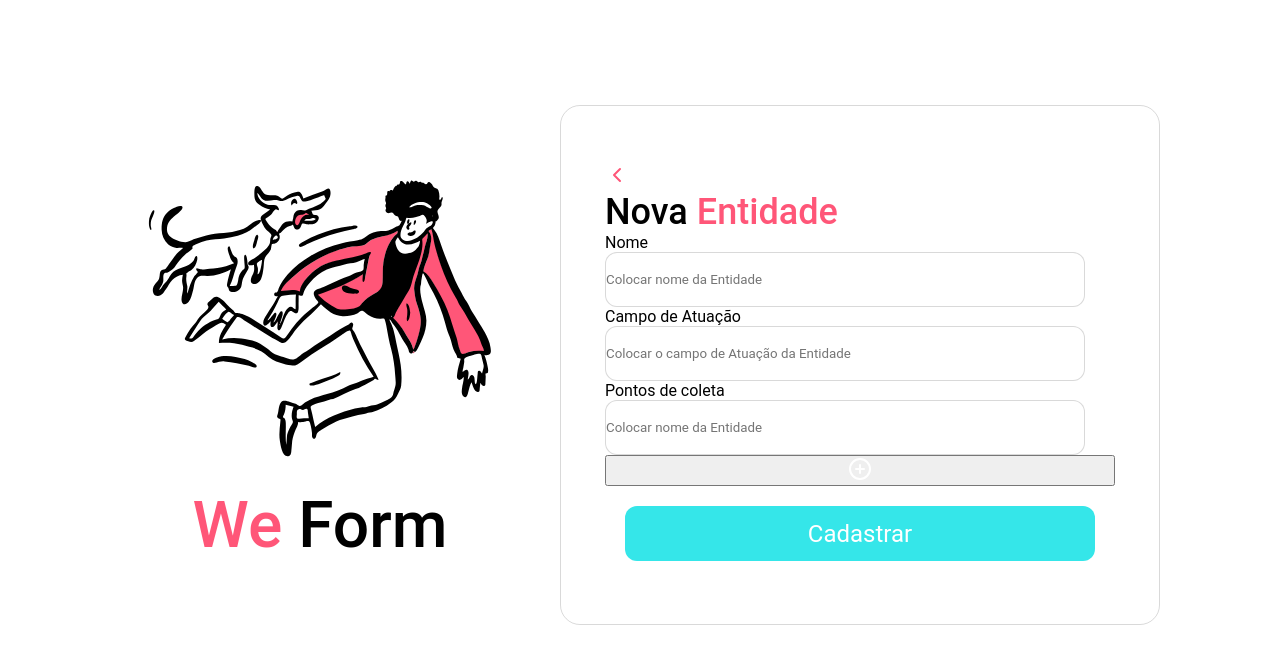
Repository: guilhermecardoso93/we-form
Page: nova-entidade.html
These files come from the project's save history. The page is drawn as it stood at one moment and after the next save; the edit follows.
The browser window is 1280 px wide. The pictures show the whole page.
Some web libraries are served in a nearby version.

Above is the page before, as saved 2024-06-09 18:06:58.

### nova-entidade.html
<!DOCTYPE html>
<html lang="pt-BR">

<head>
    <meta charset="UTF-8">
    <meta name="viewport" content="width=device-width, initial-scale=1.0">
    <link rel="stylesheet" href="https://cdnjs.cloudflare.com/ajax/libs/font-awesome/5.13.1/css/all.min.css">
    <link rel="stylesheet" href="./styles.css">
    <title>We Form</title>
</head>

<body>
    <div class="content">

        <aside>
            <img src="./assets/hero.svg" alt="Ilustração mulher com cachorro" />
            <h1>
                <span>We</span> Form
            </h1>
        </aside>

        <main>
            <a href="/">
                <img src="./assets/arrow-back.svg" alt="seta" />
            </a href="/">
            <h2>Nova <span>Entidade</span></h2>
            <form>
                <label form="nome">Nome</label>
                <input type="text" placeholder="Colocar nome da Entidade" id="nome">

                <label form="field">Campo de Atuação</label>
                <input type="text" placeholder="Colocar o campo de Atuação da Entidade" id="field">

                <label form="points">Pontos de coleta</label>
                <input type="text" placeholder="Colocar nome da Entidade" id="points">
                <button>
                    <img src="./assets/plus.svg" alt="" />
                </button>
            </form>
            <div class="buttons">
                <button>
                <a href="http://">Cadastrar </a>
            </div>

        </main>
    </div>
</body>

</html>

### styles.css
* {
  padding: 0;
  margin: 0;
  box-sizing: border-box;
  font-family: Roboto, sans-serif;
}

:root {
  font-size: 62.5%;
}

body {
  font-size: 1.6rem;
  text-decoration: none;
}

.content {
 display: flex;
 flex-wrap: wrap-reverse;
 align-items: center;
 justify-content:center;
 gap: 4rem;
 margin: 10.5rem 0 4rem 0;
}


aside {
  display: flex;
  flex-direction: column;
  align-items: center;
  justify-content: center;
  gap: 2rem;
}

aside h1 {
  font-size: 6.4rem;
  font-weight: 500;
  line-height: 75px;
}

aside h1>span, main h2>span {
  color: #FF5678;
}

aside img {
  width: 40rem;
}


main {
  width: 60rem;
  height: 52rem;
  border: 1px solid rgba(0, 0, 0, 0.15);
  border-radius: 20px;
  padding: 5.7rem 4.4rem;
}

main h2 {
  max-width: 43rem;
  font-size: 3.6rem;
  font-weight: 500;
}

.buttons {
  display: flex;
  flex-direction: column;
  justify-content: center;
  gap: 3.5rem;
  margin: 2rem;
}


.buttons button {
  background-color: #35e6e9;
  height: 5.5rem;
  border: none;
  border-radius: 12px;
}

.buttons button:hover {
  opacity: 0.5;
}

.buttons button a {
  text-decoration: none;
  color: #fff;
  font-size: 2.4rem;
}

.buttons button+button {
  background-color: #FF5678;
}

.footer {
  display: flex;
  flex-direction: column;
  align-items: center;
  justify-content: center;
  gap: 1rem;
}

.footer p {
  font-size: 1.6rem;
  margin-top: 8rem;
}

.footer a {
  font-size: 1.2rem;
  color: #000;
  text-decoration: none;
}

main form {
  display: flex;flex-direction: column;
}

main form input {
width: 48rem;
height: 5.5rem;
left: 5.43rem;
top: 218px;
background-color: #ffff;
border: 1px solid rgba(0, 0, 0, 0.15);
border-radius: 12px;
}

### assets/arrow-back.svg
<svg xmlns="http://www.w3.org/2000/svg" width="24" height="24" viewBox="0 0 24 24" fill="none" stroke="#FF5678" stroke-width="2" stroke-linecap="round" stroke-linejoin="round" class="lucide lucide-chevron-left"><path d="m15 18-6-6 6-6"/></svg>

### assets/plus.svg
<svg xmlns="http://www.w3.org/2000/svg" width="24" height="24" viewBox="0 0 24 24" fill="none" stroke="#fff" stroke-width="2" stroke-linecap="round" stroke-linejoin="round" class="lucide lucide-circle-plus"><circle cx="12" cy="12" r="10"/><path d="M8 12h8"/><path d="M12 8v8"/></svg>

After the next save:
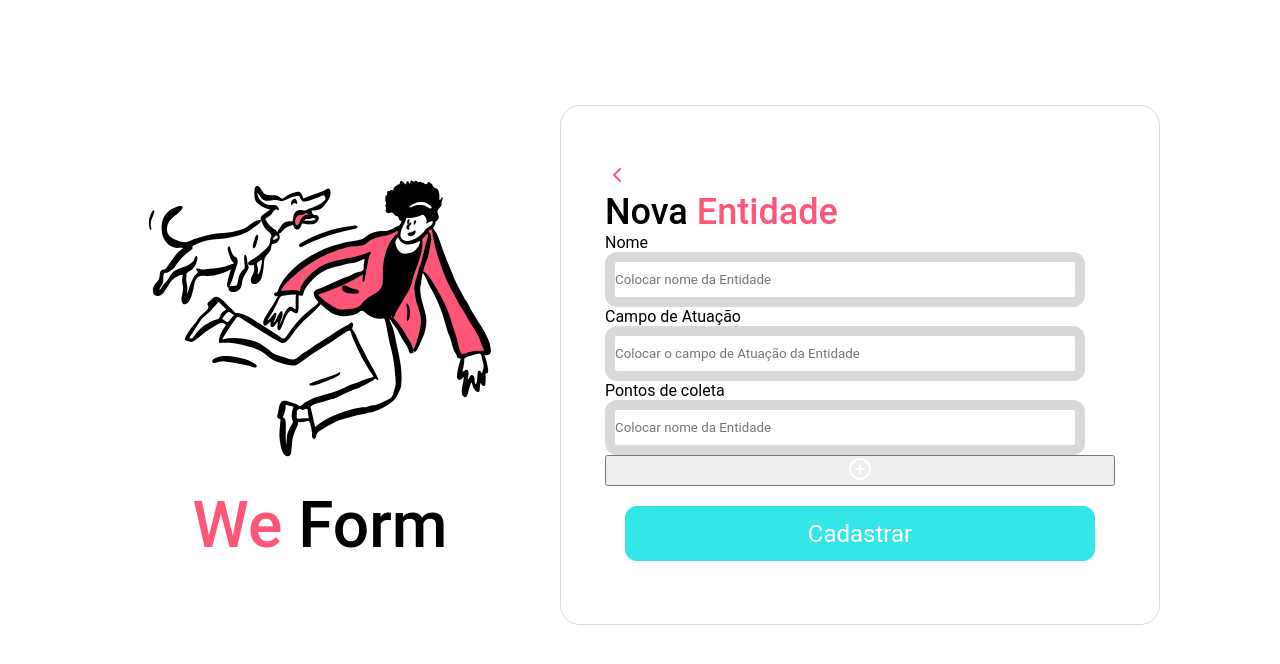
Saved 30 s later.
--- a/styles.css
+++ b/styles.css
@@ -15,12 +15,12 @@ body {
 }
 
 .content {
- display: flex;
- flex-wrap: wrap-reverse;
- align-items: center;
- justify-content:center;
- gap: 4rem;
- margin: 10.5rem 0 4rem 0;
+  display: flex;
+  flex-wrap: wrap-reverse;
+  align-items: center;
+  justify-content: center;
+  gap: 4rem;
+  margin: 10.5rem 0 4rem 0;
 }
 
 
@@ -111,15 +111,14 @@ main h2 {
 }
 
 main form {
-  display: flex;flex-direction: column;
+  display: flex;
+  flex-direction: column;
 }
 
 main form input {
-width: 48rem;
-height: 5.5rem;
-left: 5.43rem;
-top: 218px;
-background-color: #ffff;
-border: 1px solid rgba(0, 0, 0, 0.15);
-border-radius: 12px;
+  width: 48rem;
+  height: 5.5rem;
+  background-color: #ffff;
+  border: 1rem solid rgba(0, 0, 0, 0.15);
+  border-radius: 12px;
 }

After the save that followed:
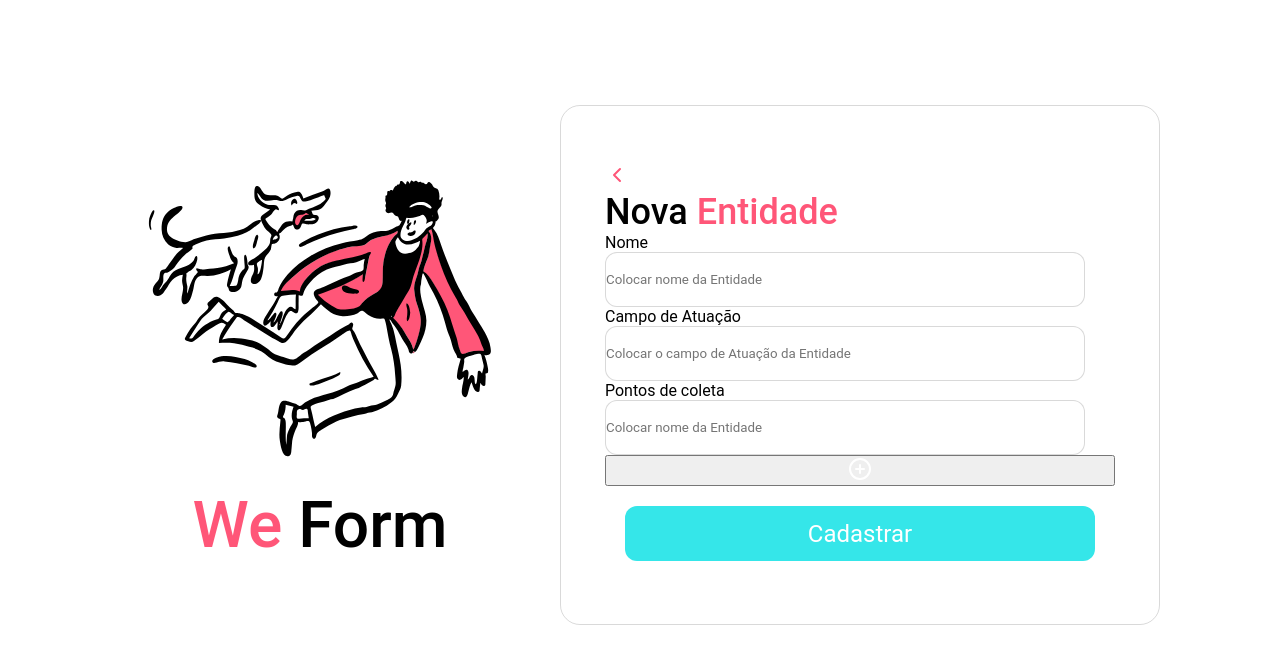
Saved 6 s later.
--- a/styles.css
+++ b/styles.css
@@ -119,6 +119,6 @@ main form input {
   width: 48rem;
   height: 5.5rem;
   background-color: #ffff;
-  border: 1rem solid rgba(0, 0, 0, 0.15);
+  border: 1px solid rgba(0, 0, 0, 0.15);
   border-radius: 12px;
 }
